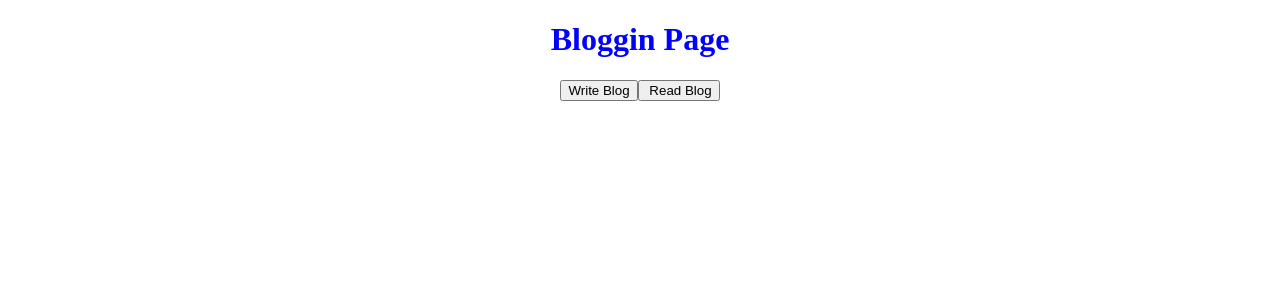
Repository: choubeyshubham018/CompleteJavaQuestions
Page: http://localhost/Ques_17_ServletBlogApplication/
The author's editor kept a copy of each file at every save. The page is drawn from the files as they stood at one save, then again after the next save.
The browser window is 1280 px wide. The pictures show the whole page.
The page is served by Tomcat 9. Other server files are loaded and not shown.

Above is the page before, as saved 2023-09-19 06:17:13.

### Servlet Assignment/Ques_17_ServletBlogApplication/src/main/webapp/index.jsp
<%@ page language="java" contentType="text/html; charset=ISO-8859-1"
    pageEncoding="ISO-8859-1" %>
<!DOCTYPE html>
<html>
<head>
<meta charset="ISO-8859-1">
<title>Home Page</title>
</head>
<body>

<h1 style="text-align: center; color: blue;">Bloggin Page</h1>
<div style="display: flex; align-items: center; justify-content: center;">
<form action="./blog & s1=save %">
<input type="submit" value="Write Blog">
</form>
<form action="./blog & s1=write %">
<input type="submit" value=" Read Blog">
</form>
</div>
</body>
</html>

After the next save:
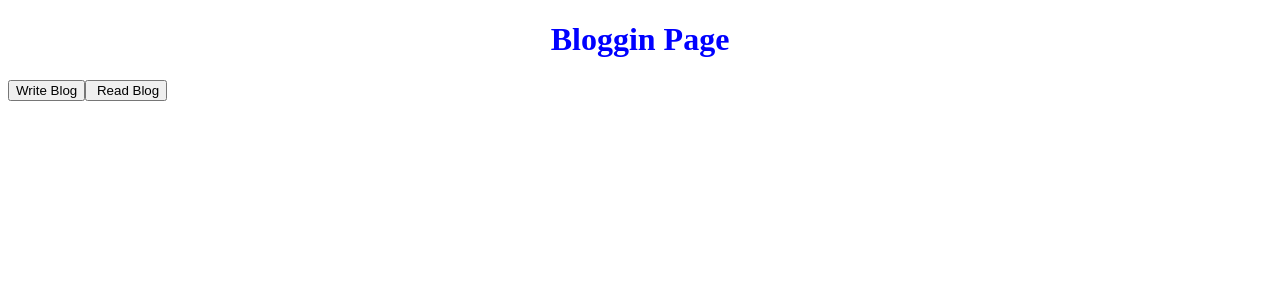
Saved 60 s later.
--- a/Servlet Assignment/Ques_17_ServletBlogApplication/src/main/webapp/index.jsp
+++ b/Servlet Assignment/Ques_17_ServletBlogApplication/src/main/webapp/index.jsp
@@ -9,7 +9,7 @@
 <body>
 
 <h1 style="text-align: center; color: blue;">Bloggin Page</h1>
-<div style="display: flex; align-items: center; justify-content: center;">
+<div style="display: flex; align-items: center; ">
 <form action="./blog & s1=save %">
 <input type="submit" value="Write Blog">
 </form>

After the save that followed:
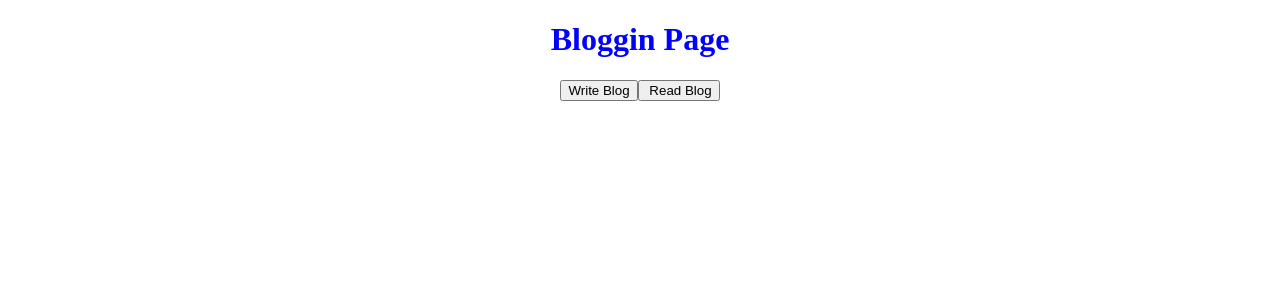
Saved 21 s later.
--- a/Servlet Assignment/Ques_17_ServletBlogApplication/src/main/webapp/index.jsp
+++ b/Servlet Assignment/Ques_17_ServletBlogApplication/src/main/webapp/index.jsp
@@ -9,7 +9,7 @@
 <body>
 
 <h1 style="text-align: center; color: blue;">Bloggin Page</h1>
-<div style="display: flex; align-items: center; ">
+<div style="display: flex; justify-content: center;">
 <form action="./blog & s1=save %">
 <input type="submit" value="Write Blog">
 </form>
